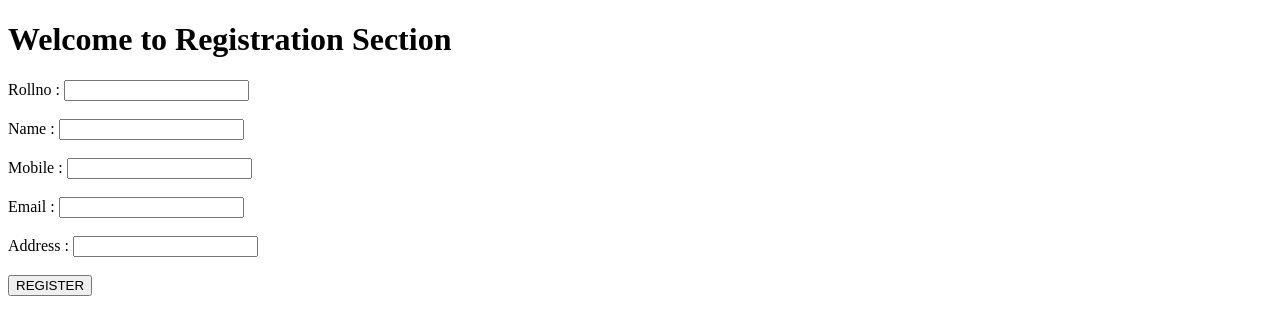
Repository: hitu-1995/reg14_spring_boot
Page: http://localhost/15-Spring-Boot-MVC-Project/register.jsp
These files come from the project's save history. The page is drawn as it stood at one moment and after the next save; the edit follows.
The browser window is 1280 px wide. The pictures show the whole page.
The page is served by Tomcat 9. Other server files are loaded and not shown.

Above is the page before, as saved 2024-02-16 11:05:39.

### 15-Spring-Boot-MVC-Project/src/main/webapp/register.jsp
<%@ page language="java" contentType="text/html; charset=ISO-8859-1"
    pageEncoding="ISO-8859-1"%>
<!DOCTYPE html>
<html>
<head>
<meta charset="ISO-8859-1">
<title>Insert title here</title>
</head>
<body>
   <h1>Welcome to Registration Section</h1>
    <div>
       <form action="reg">
          <label>Rollno : </label>
           <input type="text" name="rollno"><br><br>
          <label>Name : </label>
           <input type="text" name="name"><br><br>
           <label>Mobile : </label>
           <input type="text" name="mobile"><br><br>
           <label>Email : </label>
           <input type="text" name="email"><br><br>
           <label>Address : </label>
           <input type="text" name="address"><br><br>
            <input type="submit" value="REGISTER">
       </form>
    </div>
</body>
</html>

After the next save:
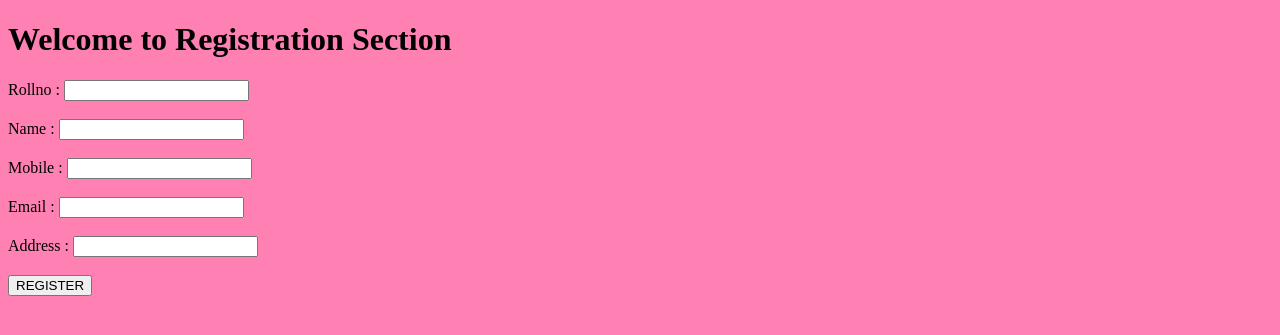
Saved 33 s later.
--- a/15-Spring-Boot-MVC-Project/src/main/webapp/register.jsp
+++ b/15-Spring-Boot-MVC-Project/src/main/webapp/register.jsp
@@ -6,7 +6,7 @@
 <meta charset="ISO-8859-1">
 <title>Insert title here</title>
 </head>
-<body>
+<body style="background-color: #ff80b3">
    <h1>Welcome to Registration Section</h1>
     <div>
        <form action="reg">
